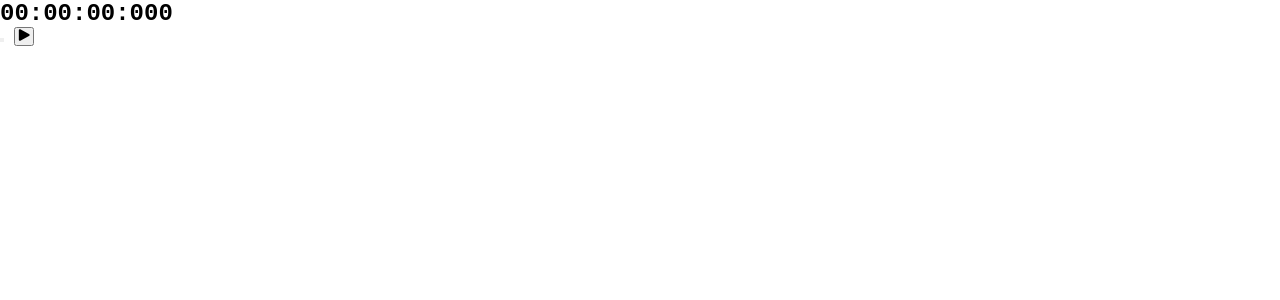
Repository: ValdemarCaculo/TEMPORIZADOR
Page: index.html
These files come from the project's save history. The page is drawn as it stood at one moment and after a run of saves; the edit follows.
The browser window is 1280 px wide. The pictures show the whole page.
Some web libraries are served in a nearby version.

Above is the page before, as saved 2025-12-06 14:10:44.

After the next 2 saves:
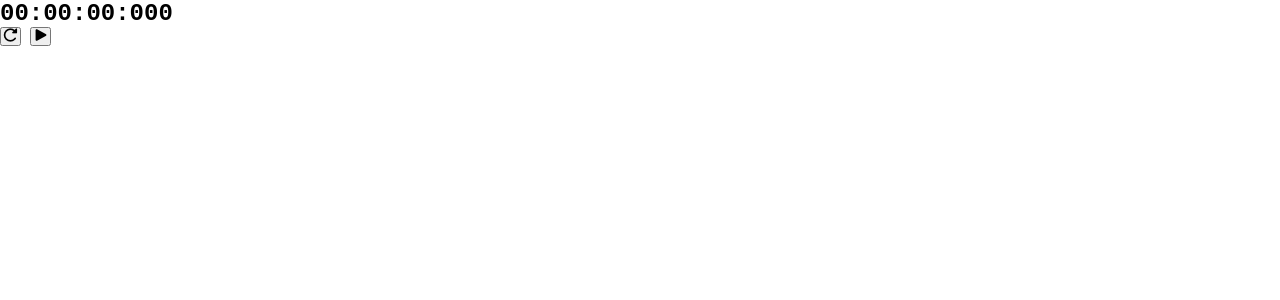
The 2 saves are shown as one change because they came seconds apart.
The last was saved 52 s later.
--- a/index.html
+++ b/index.html
@@ -17,7 +17,9 @@
 
     <div class="content">
 
-        <button id="reset"></button>
+        <button id="reset">
+            <i class="fa-solid fa-rotate-right"></i>
+        </button>
         <button id="inicio" action="start"><i class="fa-solid fa-play"></i></button>
 
     </div>
